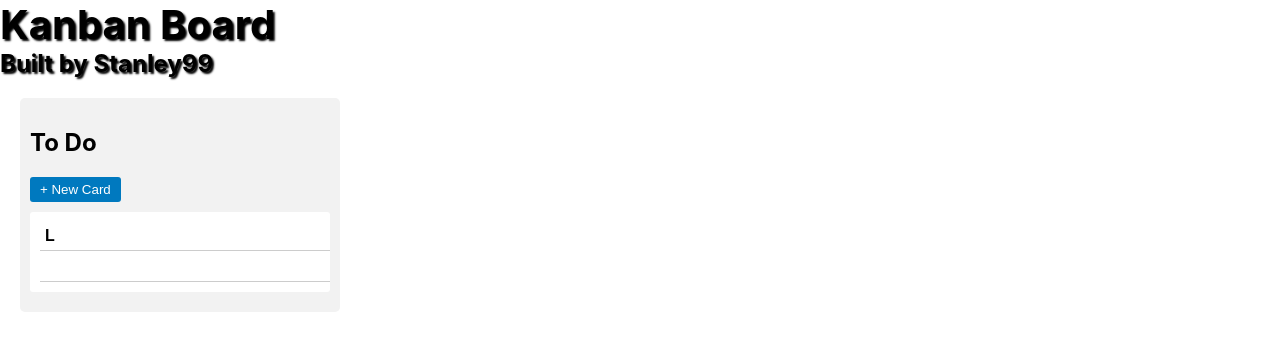
Repository: trapper99/kanban-app
Page: /
An editor plug-in stored every save of this project. The page is shown before and after the next save, followed by the edit.
The browser window is 1280 px wide. The pictures show the whole page.
The project was rebuilt for these pictures with package versions that can differ from the ones it lists, and the page was loaded fresh each time.

Above is the page before, as saved 2023-06-12 15:11:21.

After the next save:
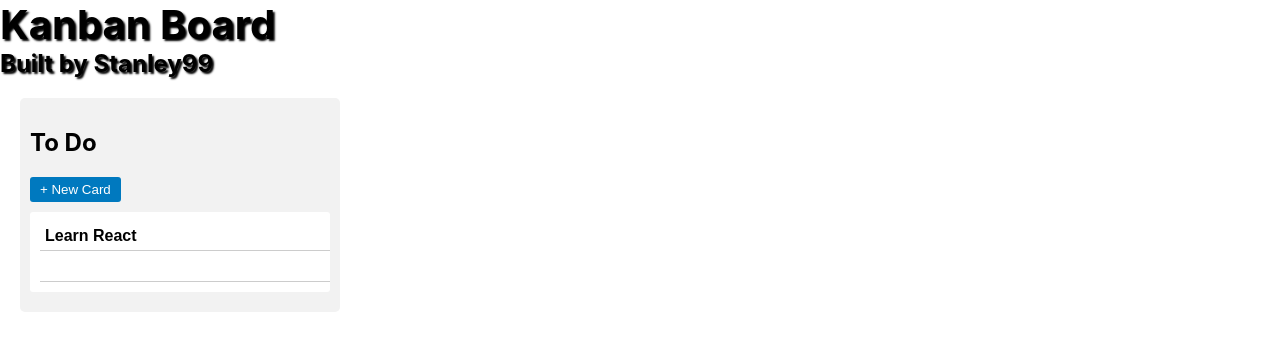
Saved 5 s later.
--- a/src/App.js
+++ b/src/App.js
@@ -63,7 +63,7 @@ function App() {
           cards: [
             {
               id: 1,
-              title: 'L'
+              title: 'Learn React'
             }
           ]
         }
